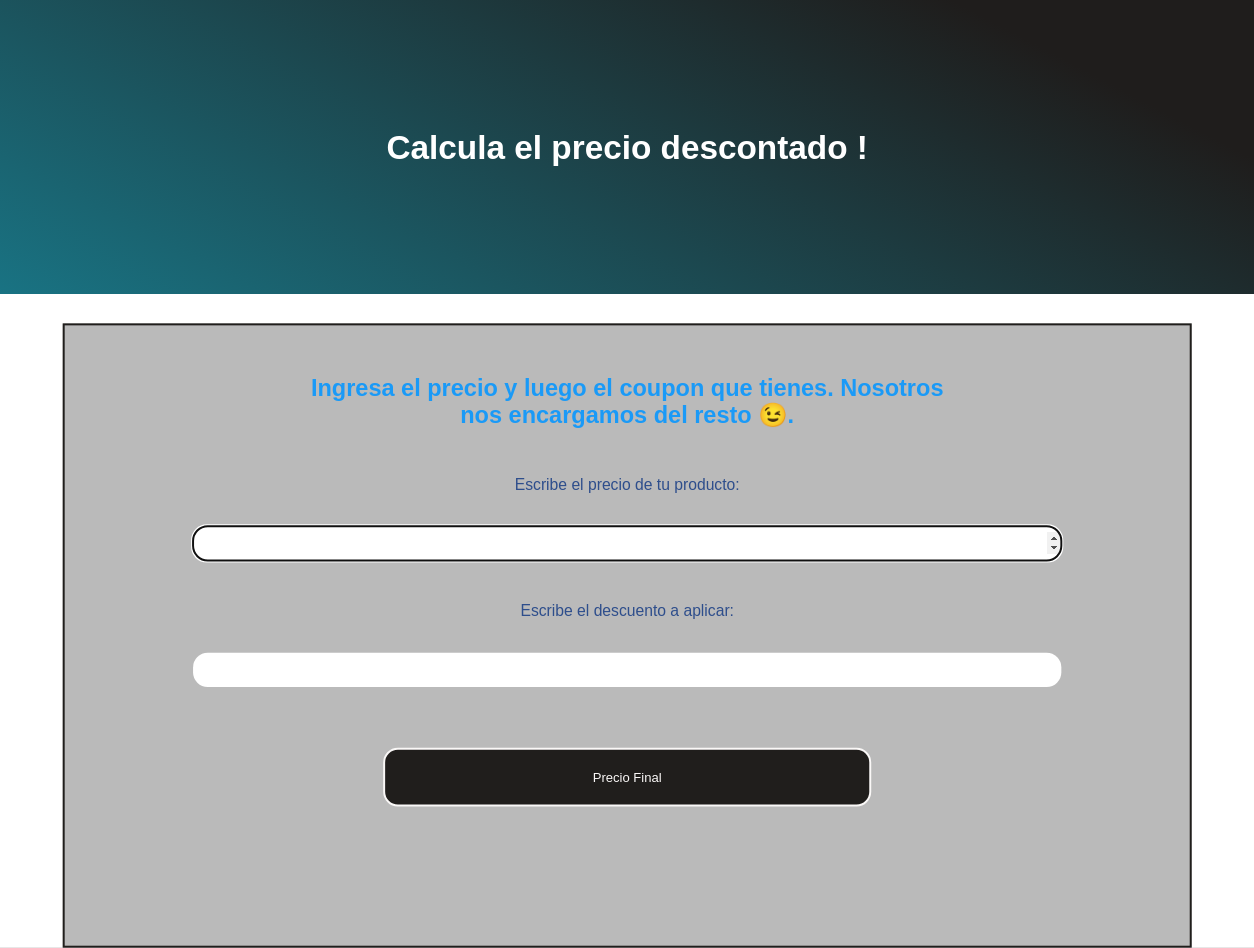
Repository: ChristianGecchelin/javascript-project
Page: javascript-project/descuentos y porcentajes/descuentos.html
An editor plug-in stored every save of this project. The page is shown before and after the next save, followed by the edit.
The browser window is 1280 px wide. The pictures show the whole page, at 98% of full size.
The first visible `.title-container .container-form .form--input` has the focus.

Above is the page before, as saved 2021-12-05 18:29:59.

After the next save:
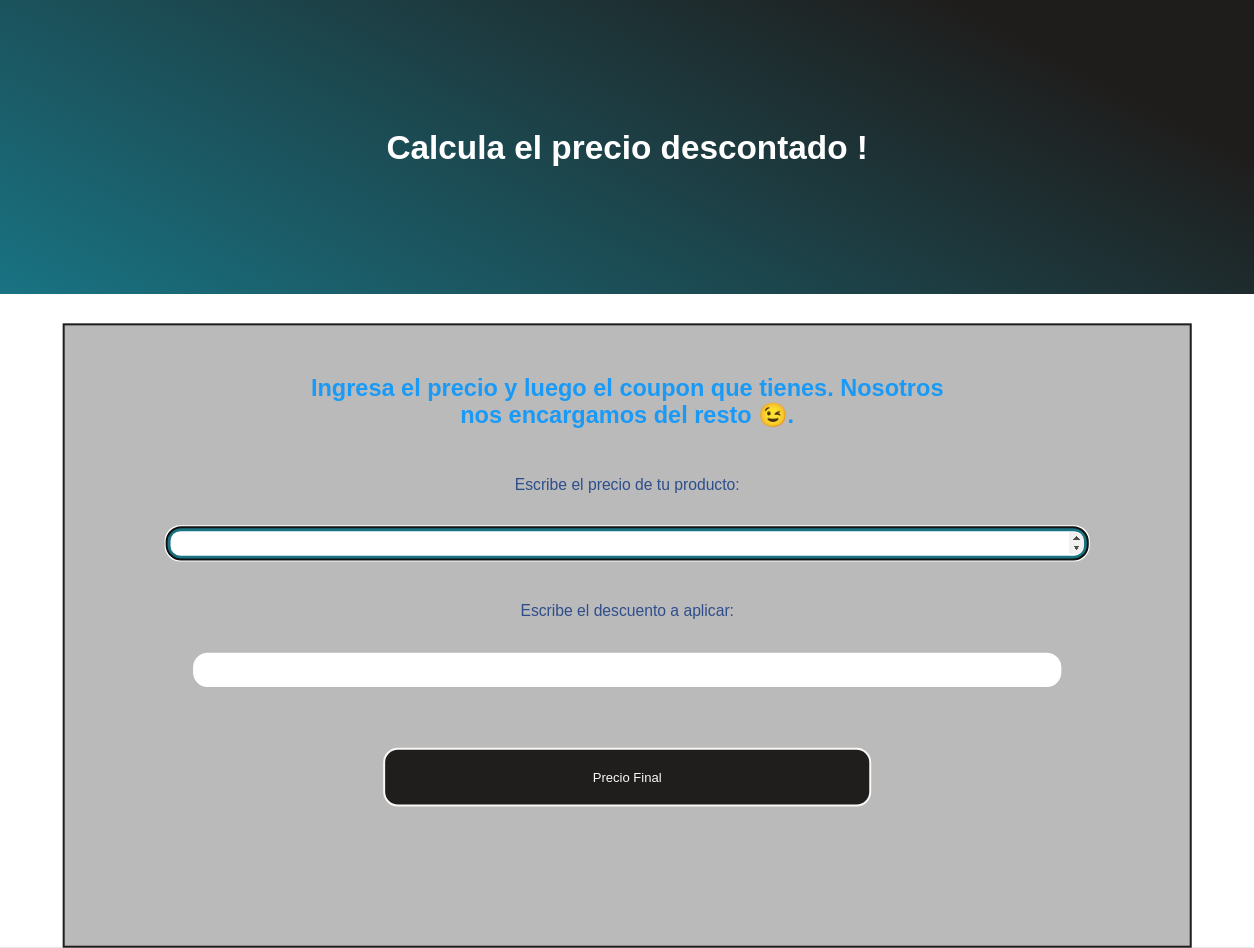
Saved 46 s later.
--- a/javascript-project/descuentos y porcentajes/style.css
+++ b/javascript-project/descuentos y porcentajes/style.css
@@ -93,6 +93,11 @@ header .header--title-container h1 {
   font-size: 2rem;
   font-weight: 500;
 }
+.title-container .container-form .form--input:focus {
+  border: 5px solid var(--Dark-lightblue);
+  width: 85%;
+  border-radius: 15px;
+}
 .title-container .container-form button {
   width: 45%;
   height: 60px;
